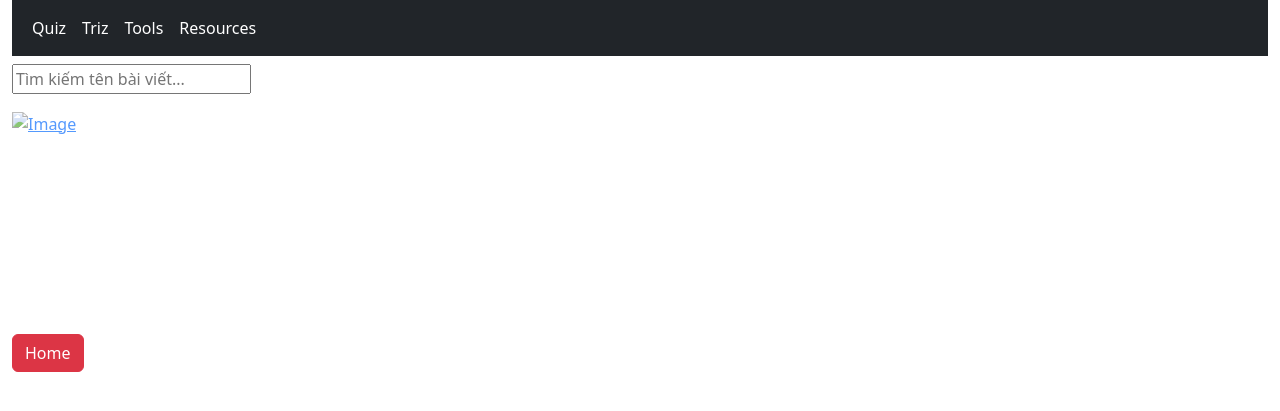
Repository: tran-thien-nhan/quiz_tlln
Page: health.html
The author's editor kept a copy of each file at every save. The page is drawn from the files as they stood at one save, then again after the next save.
The browser window is 1280 px wide. The pictures show the whole page.

Above is the page before, as saved 2023-06-26 19:24:34.

### health.html
<!DOCTYPE html>
<html>

<head>
    <title>TLLN QUIZ</title>
    <link rel="stylesheet" href="https://cdn.jsdelivr.net/npm/bootstrap@5.3.0/dist/css/bootstrap.min.css">
    <style>
        .thumbnail-container {
            position: relative;
            width: 100%;
            height: 200px;
            /* Cập nhật chiều cao ở đây */
            overflow: hidden;
        }

        .thumbnail {
            opacity: 0.7;
            transition: opacity 0.3s ease;
            width: 100%;
            height: 100%;
            object-fit: cover;
        }

        .thumbnail:hover {
            opacity: 1;
        }

        .title {
            position: absolute;
            top: 50%;
            left: 50%;
            transform: translate(-50%, -50%);
            color: white;
            background-color: black;
            opacity: 0.85;
            font-size: 20px;
            text-align: center;
            width: fit-content;
        }
    </style>
</head>

<body>
    <div class="container-fluid">
        <!-- phần menu -->
        <nav class="navbar navbar-expand-sm bg-dark navbar-dark text-white">
            <div class="container-fluid">
                <ul class="navbar-nav">
                    <li class="nav-item">
                        <a class="nav-link active" href="index.html">Quiz</a>
                    </li>
                    <li class="nav-item">
                        <a class="nav-link text-white" href="triz_blog.html">Triz</a>
                    </li>
                    <li class="nav-item">
                        <a class="nav-link text-white" href="tools.html">Tools</a>
                    </li>
                    <li class="nav-item">
                        <a class="nav-link text-white" href="resources_blog.html">Resources</a>
                    </li>
                </ul>
            </div>
        </nav>
        <!-- end phần menu -->

        <!-- phần tìm kiếm bài viết -->
        <input class="mt-2" style="align-items: center;" type="text" id="searchInput"
            placeholder="Tìm kiếm tên bài viết...">
        <!-- end phần tìm kiếm bài viết -->

        <div class="row mt-2" id="content">
            <!-- Đây là nơi sẽ chứa các bài viết -->
        </div>
    </div>
    <br>
    <a href="index.html" class="btn btn-danger" style="margin-left: 0.75rem;">Home</a>

    <script src="https://cdn.jsdelivr.net/npm/bootstrap@5.3.0/dist/js/bootstrap.bundle.min.js"></script>
    <script>
        document.addEventListener("DOMContentLoaded", function () {
            // Lấy dữ liệu từ file JSON
            fetch('health.json')
                .then(response => response.json())
                .then(data => {
                    const items = data.items;
                    const contentElement = document.getElementById('content');

                    // Tạo các phần tử HTML dựa trên dữ liệu từ file JSON
                    items.forEach(item => {
                        const divElement = document.createElement('div');
                        divElement.className = 'col-md-3 mt-2';

                        const aElement = document.createElement('a');
                        aElement.href = item.link;
                        aElement.target = '_blank';

                        const thumbnailContainerElement = document.createElement('div');
                        thumbnailContainerElement.className = 'thumbnail-container';

                        const imgElement = document.createElement('img');
                        imgElement.src = item.image_link;
                        imgElement.className = 'thumbnail img-fluid';
                        imgElement.alt = 'Image';

                        const h5Element = document.createElement('h5');
                        h5Element.className = 'title';
                        h5Element.textContent = item.title;

                        // Gắn các phần tử vào DOM
                        thumbnailContainerElement.appendChild(imgElement);
                        thumbnailContainerElement.appendChild(h5Element);
                        aElement.appendChild(thumbnailContainerElement);
                        divElement.appendChild(aElement);
                        contentElement.appendChild(divElement);
                    });
                })
                .catch(error => {
                    console.error('Error:', error);
                });

            // Lấy các phần tử cần sử dụng
            var searchInput = document.getElementById("searchInput");
            var thumbnailContainers = document.getElementsByClassName("thumbnail-container");

            // Xử lý sự kiện tìm kiếm khi thay đổi giá trị trong ô input
            searchInput.addEventListener("input", function () {
                var searchTerm = searchInput.value.toLowerCase();
                performSearch(searchTerm);
            });

            // Hàm thực hiện tìm kiếm và ẩn hiện các sách dựa trên kết quả tìm kiếm
            function performSearch(searchTerm) {
                for (var i = 0; i < thumbnailContainers.length; i++) {
                    var titleElement = thumbnailContainers[i].querySelector(".title");
                    var title = titleElement.textContent.toLowerCase();
                    if (title.includes(searchTerm)) {
                        thumbnailContainers[i].style.display = "block";
                    } else {
                        thumbnailContainers[i].style.display = "none";
                    }
                }
            }
        });
    </script>


</body>

</html>

### health.json
{
    "items": [
        {
            "link": "",
            "image_link": "",
            "title": ""
        }
    ]
}

After the next save:
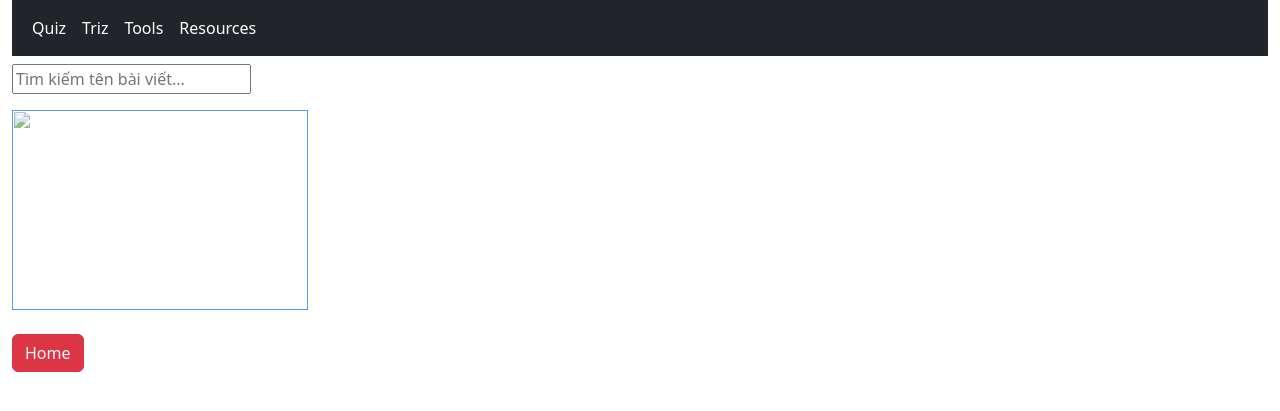
Saved 67 s later.
--- a/health.html
+++ b/health.html
@@ -100,7 +100,7 @@
                         const imgElement = document.createElement('img');
                         imgElement.src = item.image_link;
                         imgElement.className = 'thumbnail img-fluid';
-                        imgElement.alt = 'Image';
+                        imgElement.alt = '';
 
                         const h5Element = document.createElement('h5');
                         h5Element.className = 'title';

After the save that followed:
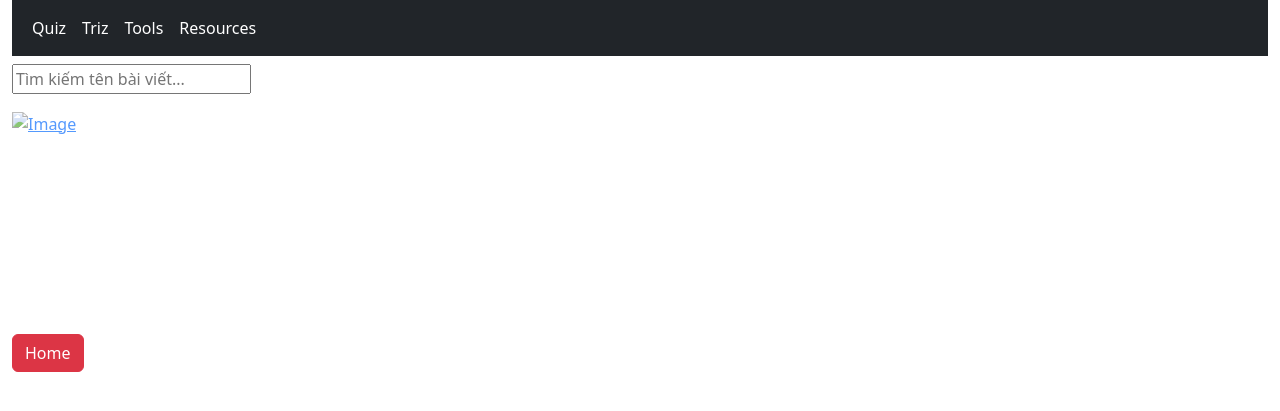
Saved 15 s later.
--- a/health.html
+++ b/health.html
@@ -100,7 +100,7 @@
                         const imgElement = document.createElement('img');
                         imgElement.src = item.image_link;
                         imgElement.className = 'thumbnail img-fluid';
-                        imgElement.alt = '';
+                        imgElement.alt = 'Image';
 
                         const h5Element = document.createElement('h5');
                         h5Element.className = 'title';
